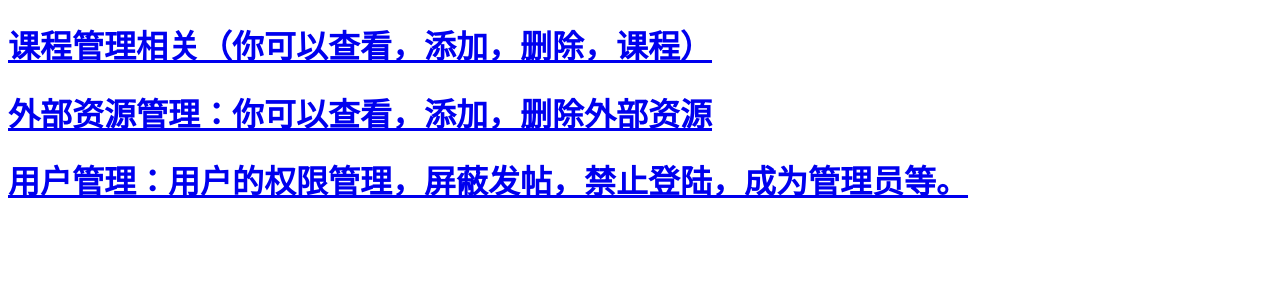
Repository: hbisheng/Academic-portal-website
Page: http://localhost/NewInfo/admin/index.jsp
These files come from the project's save history. The page is drawn as it stood at one moment and after the next save; the edit follows.
The browser window is 1280 px wide. The pictures show the whole page.
The page is served by Tomcat 9. Other server files are loaded and not shown.

Above is the page before, as saved 2014-09-20 12:59:02.

### Java_info/NewInfo/WebContent/admin/index.jsp
<%@ page language="java" contentType="text/html; charset=UTF-8"
    pageEncoding="UTF-8"%>
<!DOCTYPE html PUBLIC "-//W3C//DTD HTML 4.01 Transitional//EN" "http://www.w3.org/TR/html4/loose.dtd">
<html>
<head>
<meta http-equiv="Content-Type" content="text/html; charset=UTF-8">
<title>Insert title here</title>
</head>
<body>

<h1><a href="course_manage.jsp">课程管理相关（你可以查看，添加，删除，课程）</h1>

<h1>外部资源管理：你可以查看，添加，删除外部资源</h1>

<h1>用户管理：用户的权限管理，屏蔽发帖，禁止登陆，成为管理员等。</h1>

</body>
</html>

After the next save:
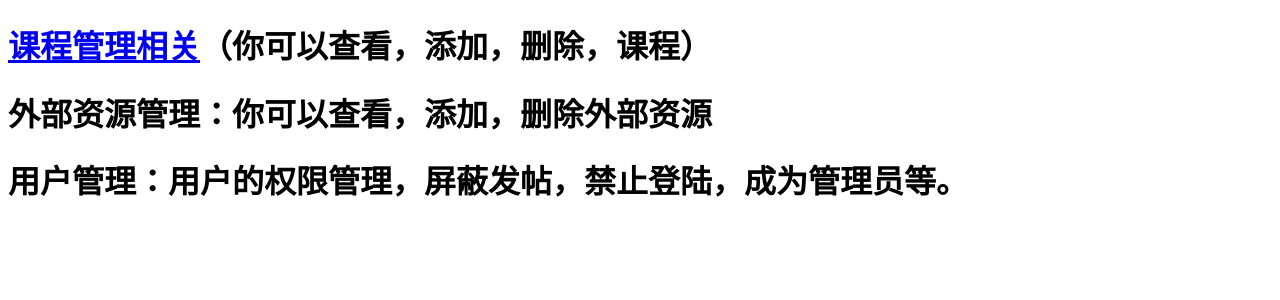
Saved 4 s later.
--- a/Java_info/NewInfo/WebContent/admin/index.jsp
+++ b/Java_info/NewInfo/WebContent/admin/index.jsp
@@ -8,7 +8,7 @@
 </head>
 <body>
 
-<h1><a href="course_manage.jsp">课程管理相关（你可以查看，添加，删除，课程）</h1>
+<h1><a href="course_manage.jsp">课程管理相关</a>（你可以查看，添加，删除，课程）</h1>
 
 <h1>外部资源管理：你可以查看，添加，删除外部资源</h1>
 
